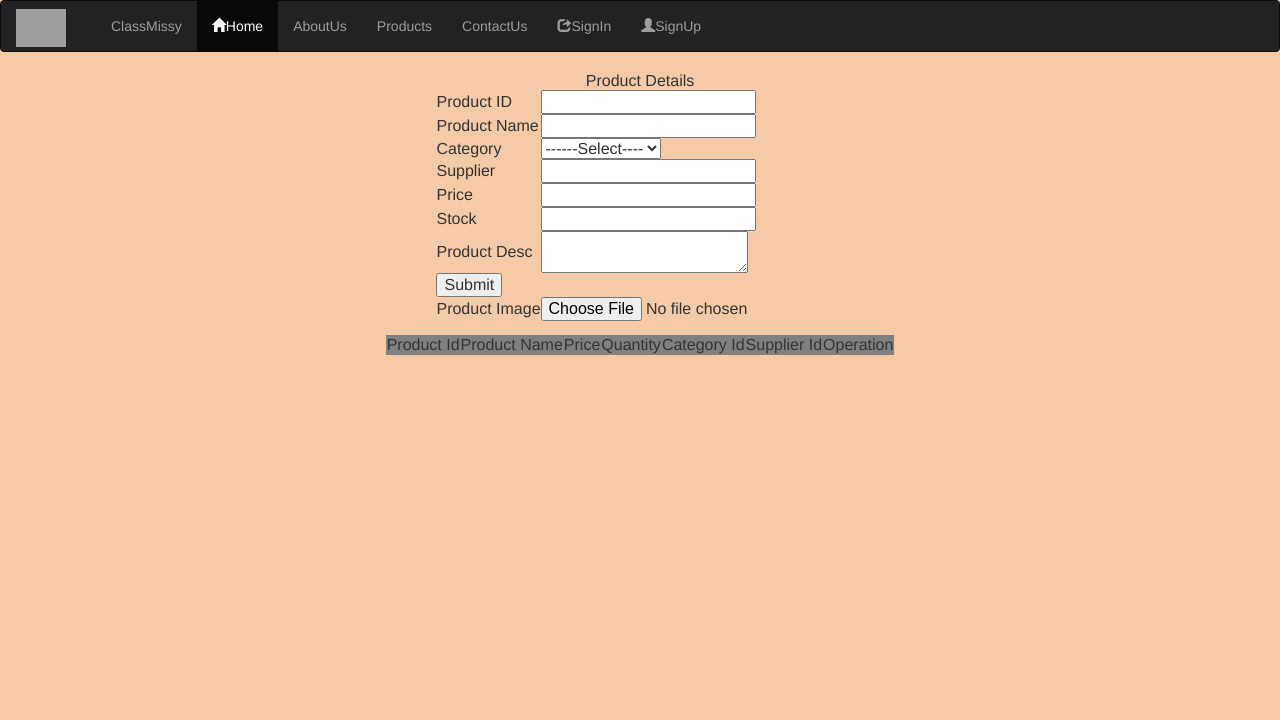
Repository: ananthi024/eCommerce-Project
Page: http://localhost/ClassyMissyFrontend/WEB-INF/views/Product.jsp
The author's editor kept a copy of each file at every save. The page is drawn from the files as they stood at one save, then again after the next save.
The browser window is 1280 px wide. The pictures show the whole page.
Pictures or frames that could not be fetched are drawn as grey boxes. Some web libraries are served in a nearby version. The page is served by Tomcat 9. Nobody is signed in. The template is opened directly, without the code that normally fills it, so the values that code supplies are empty.

Above is the page before, as saved 2017-07-11 11:08:38.
Console error (its wording comes from the project's code and is left out).

After the next save:
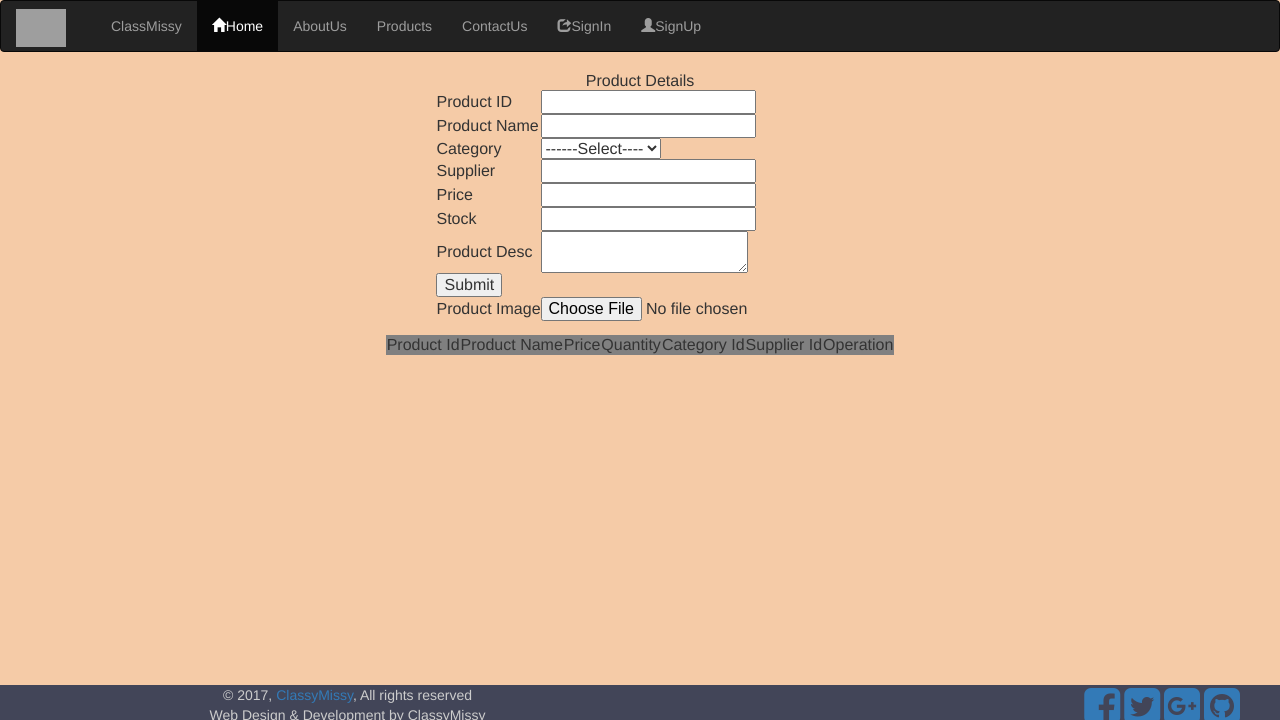
Saved 6 min 5 s later.
--- a/13th July/MyProject/ClassyMissyFrontend/src/main/webapp/WEB-INF/views/Product.jsp
+++ b/13th July/MyProject/ClassyMissyFrontend/src/main/webapp/WEB-INF/views/Product.jsp
@@ -84,6 +84,6 @@
 </c:forEach>
 </table>
 <!--Completed Displaying Table--->
-
+<%@include file="Footer.jsp" %>
 </body>
 </html>
